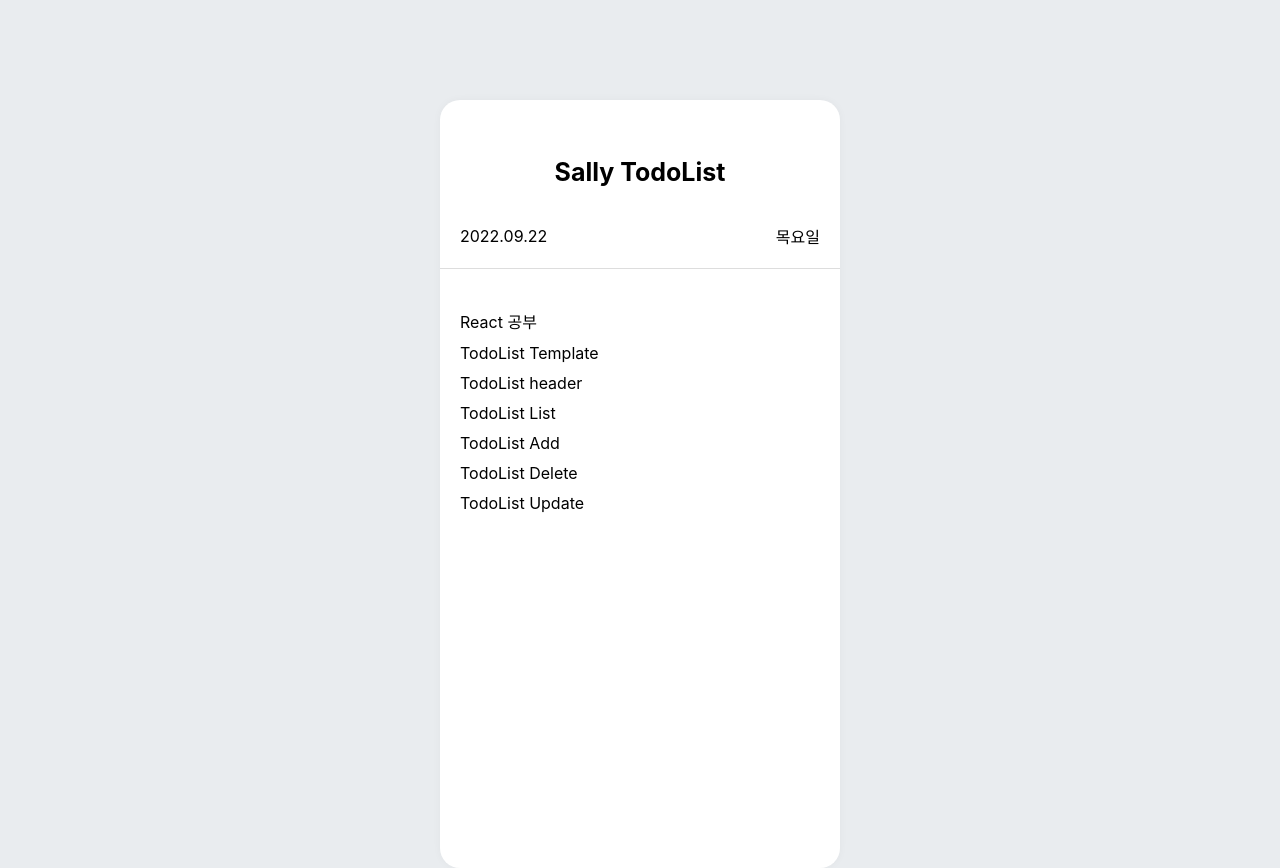
Repository: kwak0630/react-todo
Page: /
An editor plug-in stored every save of this project. The page is shown before and after the next save, followed by the edit.
The browser window is 1280 px wide. The pictures show the whole page.
The project was rebuilt for these pictures with package versions that can differ from the ones it lists, and the page was loaded fresh each time.

Above is the page before, as saved 2022-09-22 15:20:16.

### src/App.js

import React from 'react'
import TodoTemplate from './components/TodoTemplate';
import TodoHeader from './components/TodoHeader';
import TodoList from './components/TodoList';
import "./assets/css/style.scss"

function App() {
  return (
    <div>
      <TodoTemplate>
        <TodoHeader />
        <TodoList />
      </TodoTemplate>
    </div>
  );
}

export default App;

### src/components/TodoTemplate.js
import React from 'react';
import styled from 'styled-components';

const TodoTemplateBlock = styled.div`
    position: relative;

    display: flex;
    flex-direction: column;

    width: 400px;
    height: 768px;
    margin: 100px auto 0;

    background: white;
    border-radius: 20px;
    box-shadow: 0 0 8px 0 rgba(0, 0, 0, 0.04);
`;

function TodoTemplate({children}){
    return (
        <TodoTemplateBlock>
            {children}
        </TodoTemplateBlock>
    )
}

export default TodoTemplate;

### src/components/TodoHeader.js
import React from 'react';
import styled from 'styled-components';

const TodoHeaderBlock = styled.div`
    padding:40px 0 0;
    text-align: center;
    h1{
        font-size: 25px;
    }
    .header-box{
        display: flex;
        justify-content: space-between;
        align-items: center;
        padding: 20px;
        border-bottom: 1px solid #ddd;
    }
`;

function TodoHeader(){
    return (
        <TodoHeaderBlock>
            <h1>Sally TodoList</h1>
            <div className="header-box">
                <span className='day'>2022.09.22</span>
                <span className='date'>목요일</span>
            </div>
        </TodoHeaderBlock>
    )
}

export default TodoHeader;

### src/components/TodoList.js
import React from 'react';
import styled from 'styled-components';
import TodoItem from './TodoItem';

const TodoListBlock = styled.div`
    padding:40px 20px 0;

`;

function TodoList(){
    return (
        <TodoListBlock>
            <TodoItem text="React 공부" />
            <TodoItem text="TodoList Template" />
            <TodoItem text="TodoList header" />
            <TodoItem text="TodoList List" />
            <TodoItem text="TodoList Add" />
            <TodoItem text="TodoList Delete" />
            <TodoItem text="TodoList Update" />
        </TodoListBlock>
    )
}

export default TodoList;

### src/assets/css/style.scss
* {
    box-sizing: border-box;
  }
  body {
    background: #e9ecef;
  }

### src/components/TodoItem.js
import React from 'react';
import styled from 'styled-components';

const TodoItemBlock = styled.div`
    display: flex;
    align-items: center;

    margin-bottom: 10px;
`;
const Text = styled.div`

`;

function TodoItem({text}){
    return (
        <TodoItemBlock>
            <Text>{text}</Text>
        </TodoItemBlock>
    )
}

export default TodoItem;

Loaded but not shown: public/index.html (common file); src/index.js (common file); src/index.css (common file); src/reportWebVitals.js (common file)

After the next save:
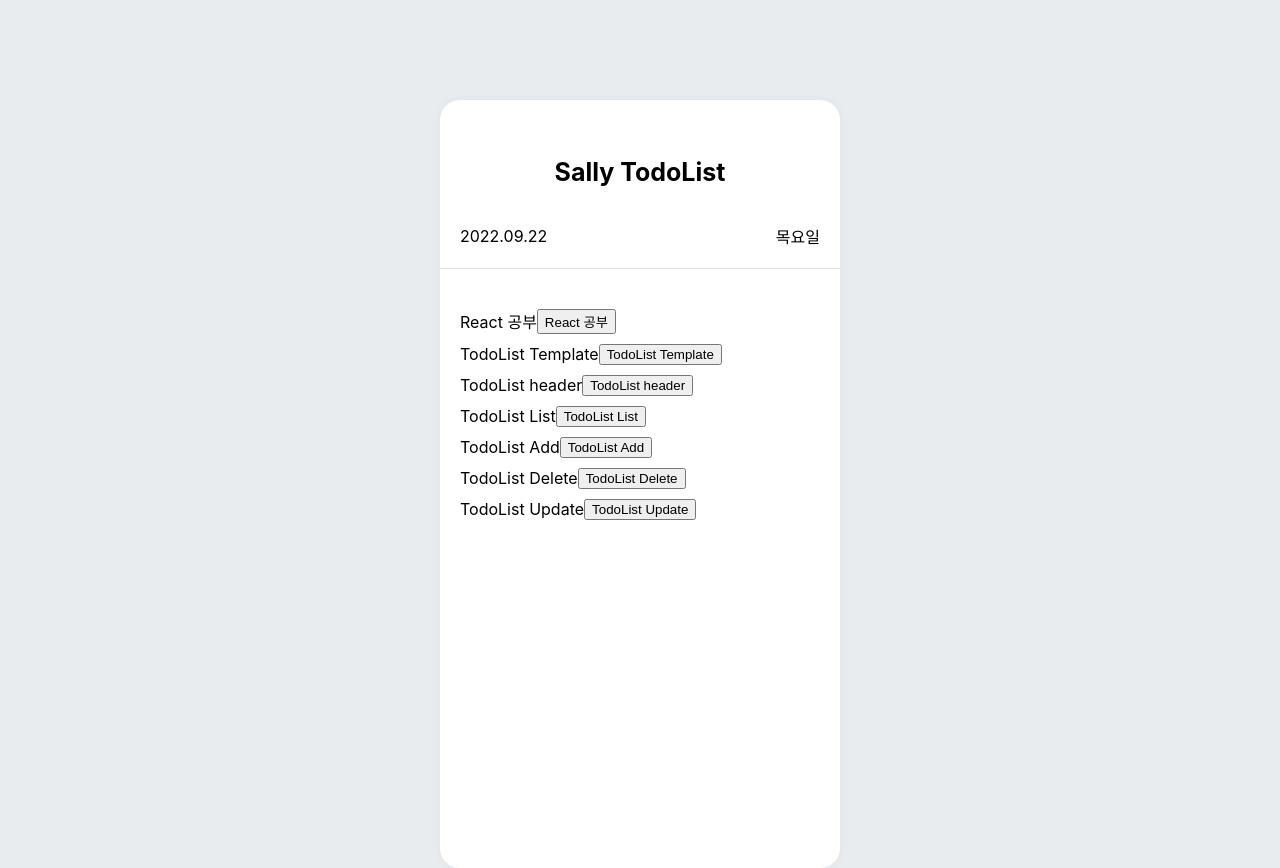
Saved 53 s later.
--- a/src/components/TodoItem.js
+++ b/src/components/TodoItem.js
@@ -11,10 +11,11 @@
 
 `;
 
-function TodoItem({text}){
+function TodoItem({id, text}){
     return (
         <TodoItemBlock>
             <Text>{text}</Text>
+            <button onClick={() => onRemove(id)}>{text}</button>
         </TodoItemBlock>
     )
 }

After the save that followed:
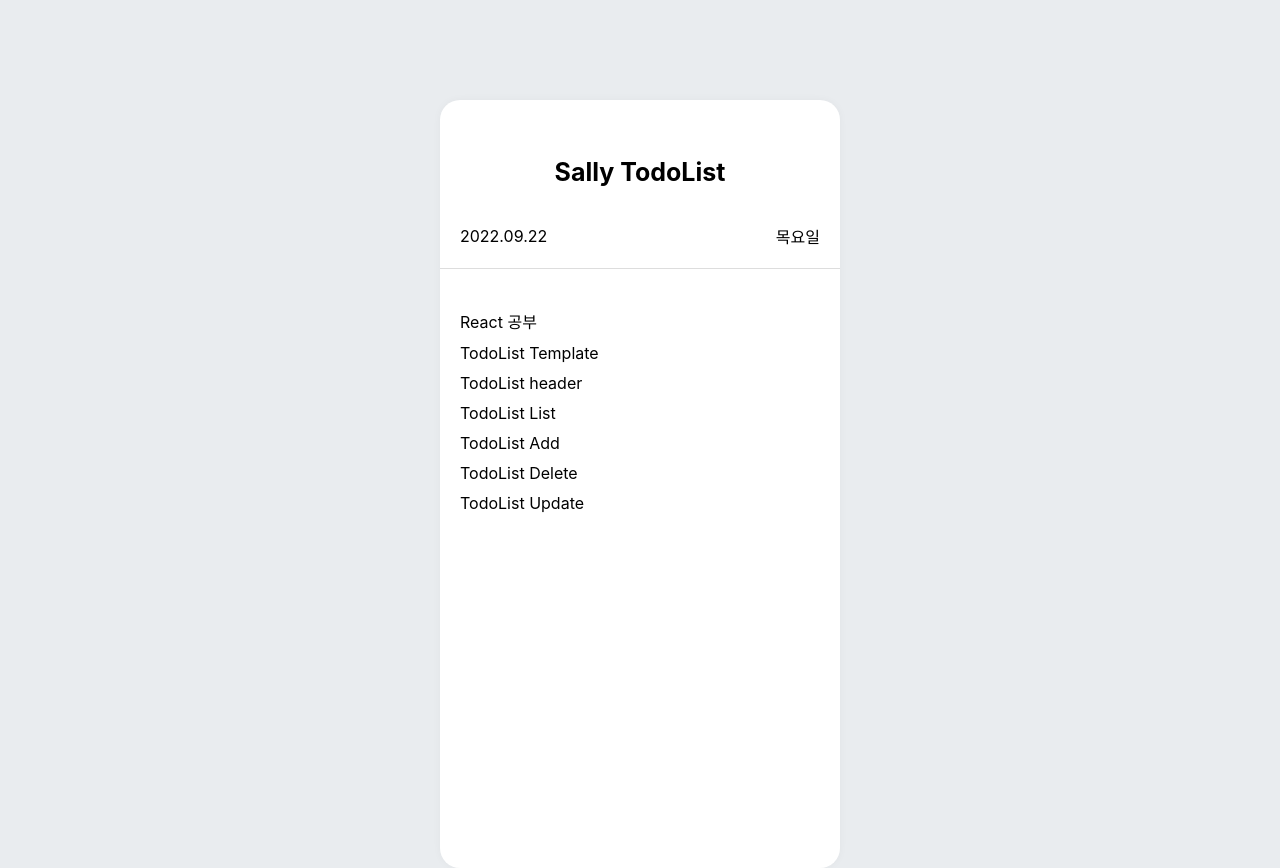
Saved 27 s later.
--- a/src/components/TodoItem.js
+++ b/src/components/TodoItem.js
@@ -15,7 +15,6 @@
     return (
         <TodoItemBlock>
             <Text>{text}</Text>
-            <button onClick={() => onRemove(id)}>{text}</button>
         </TodoItemBlock>
     )
 }
